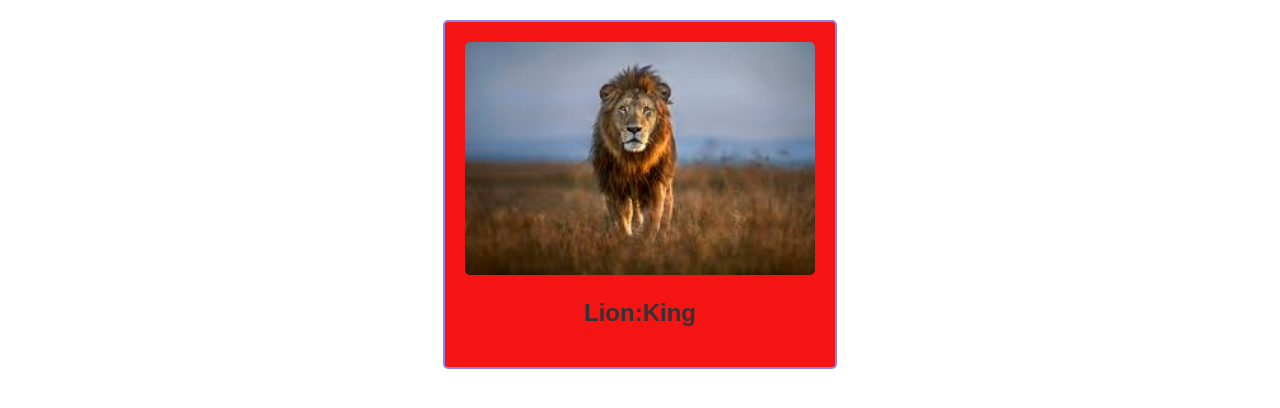
Repository: KingBoyMaylow/Animal-trading-card
Page: index.html
These files come from the project's save history. The page is drawn as it stood at one moment and after a run of saves; the edit follows.
The browser window is 1280 px wide. The pictures show the whole page.

Above is the page before, as saved 2024-05-13 21:44:14.

### index.html
<!DOCTYPE html>
<html lang="en">
<head>
    <meta charset="UTF-8">
    <meta name="viewport" content="width=device-width, initial-scale=1.0">
    <title>Document</title>
</head>
<body>
    <style>
    body {
        font-family: Arial, sans-serif;
        text-align: center;
    }
    .card {
        width: 350px;
        border: 2px solid #8a83f1;
        border-radius: 5px;
        margin: 20px auto;
        padding: 20px;
        background-color: #f51414;
    }
    .card img {
        width: 100%;
        border-radius: 5px;
    }
    .card h2 {
        color: #333;
    }
    .card p {
        color: #666;
    }
</style>
</head>
<body>
    <div class="card">
        <img src="lion.jpeg" alt="Lion">
        <h2>Lion:King</h2>
    </div>
</body>
</html>

After the next 2 saves:
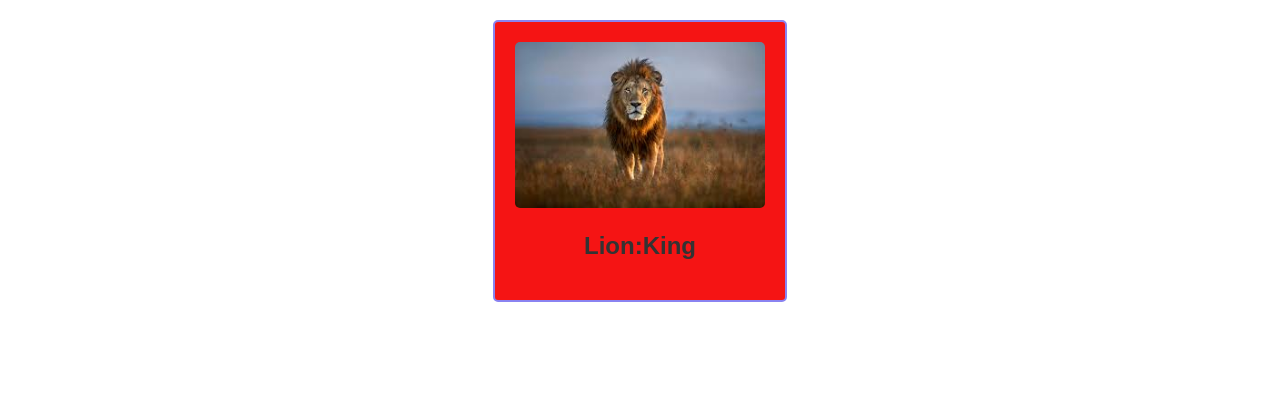
The 2 saves are shown as one change because they came seconds apart.
The last was saved 21 s later.
--- a/index.html
+++ b/index.html
@@ -12,7 +12,7 @@
         text-align: center;
     }
     .card {
-        width: 350px;
+        width: 250px;
         border: 2px solid #8a83f1;
         border-radius: 5px;
         margin: 20px auto;
